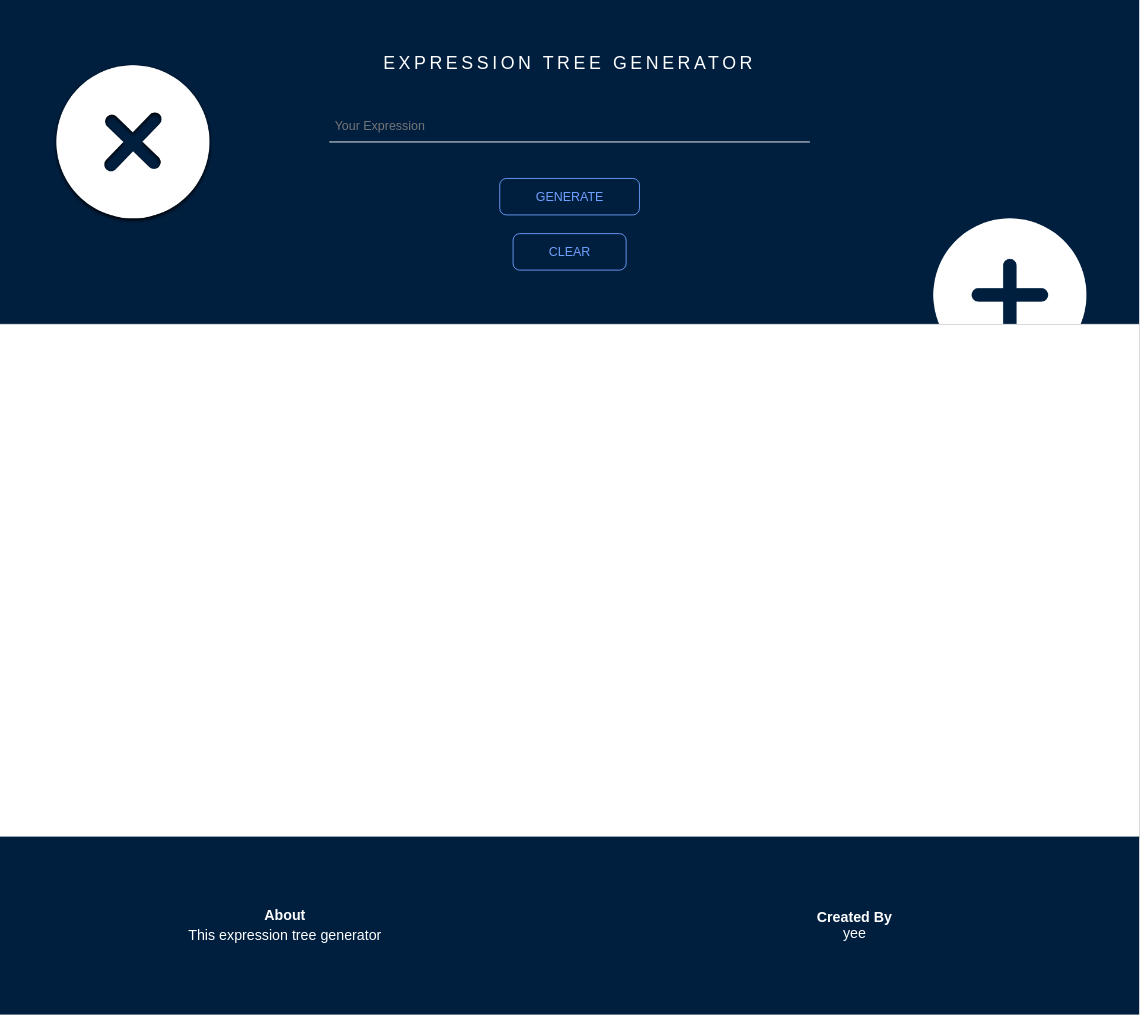
Repository: lnogueir/expression-tree-gen
Page: index.html
These files come from the project's save history. The page is drawn as it stood at one moment and after the next save; the edit follows.
The browser window is 1280 px wide. The page is 1281 px wide, so the pictures cover 1281 px, including what lies to the right of the window. The pictures show the whole page, at 89% of full size.

Above is the page before, as saved 2020-03-15 20:05:41.

After the next save:
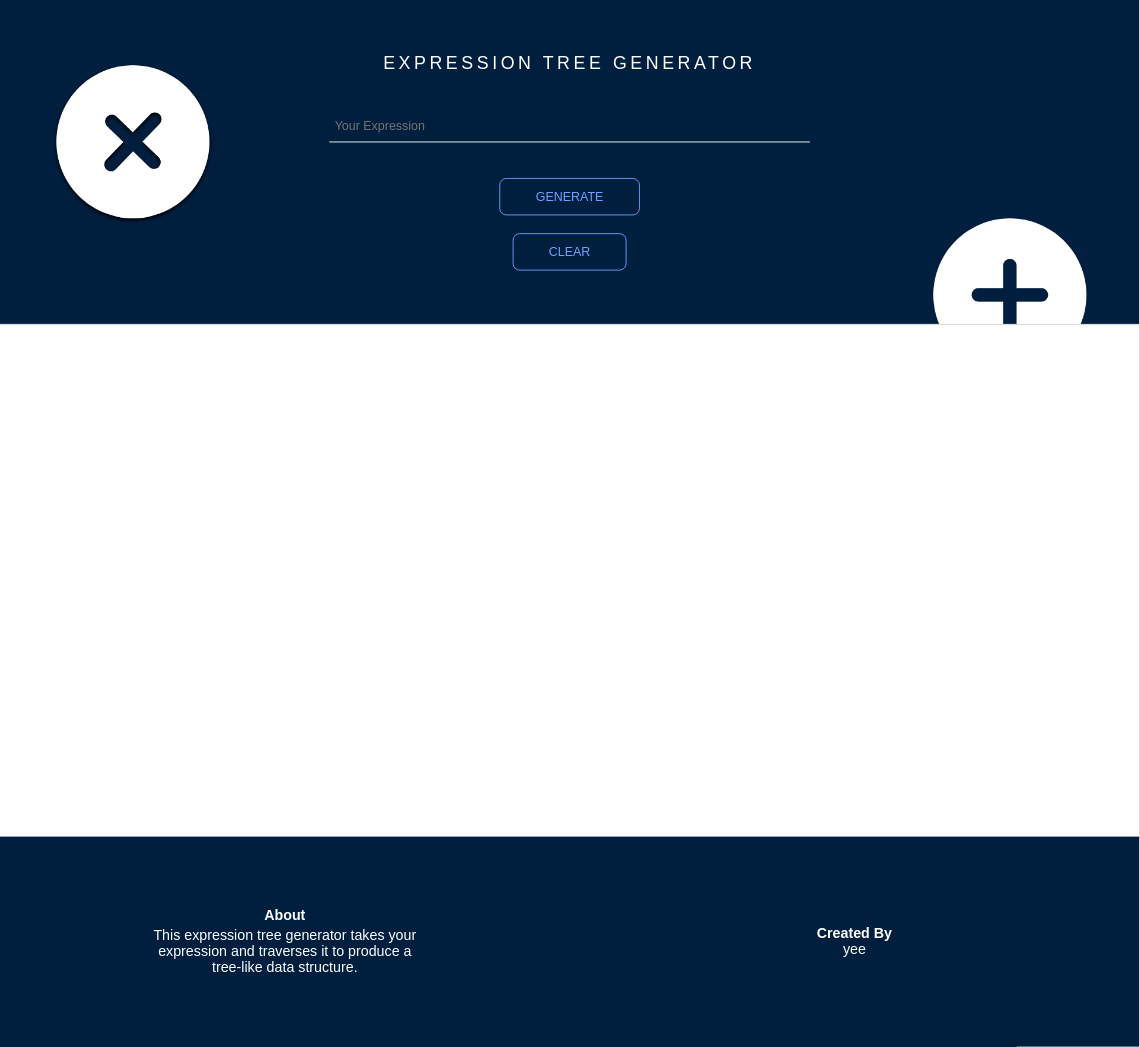
Saved 107 s later.
--- a/index.html
+++ b/index.html
@@ -32,7 +32,9 @@
         <div class="end-1">
             <div class="end-1-text">
             <h4>About</h4>
-            <p>This expression tree generator</p>
+            <p>This expression tree generator takes your expression and traverses it to produce a
+                tree-like data structure.
+            </p>
         </div>
         </div>
        <div class="end-2">
